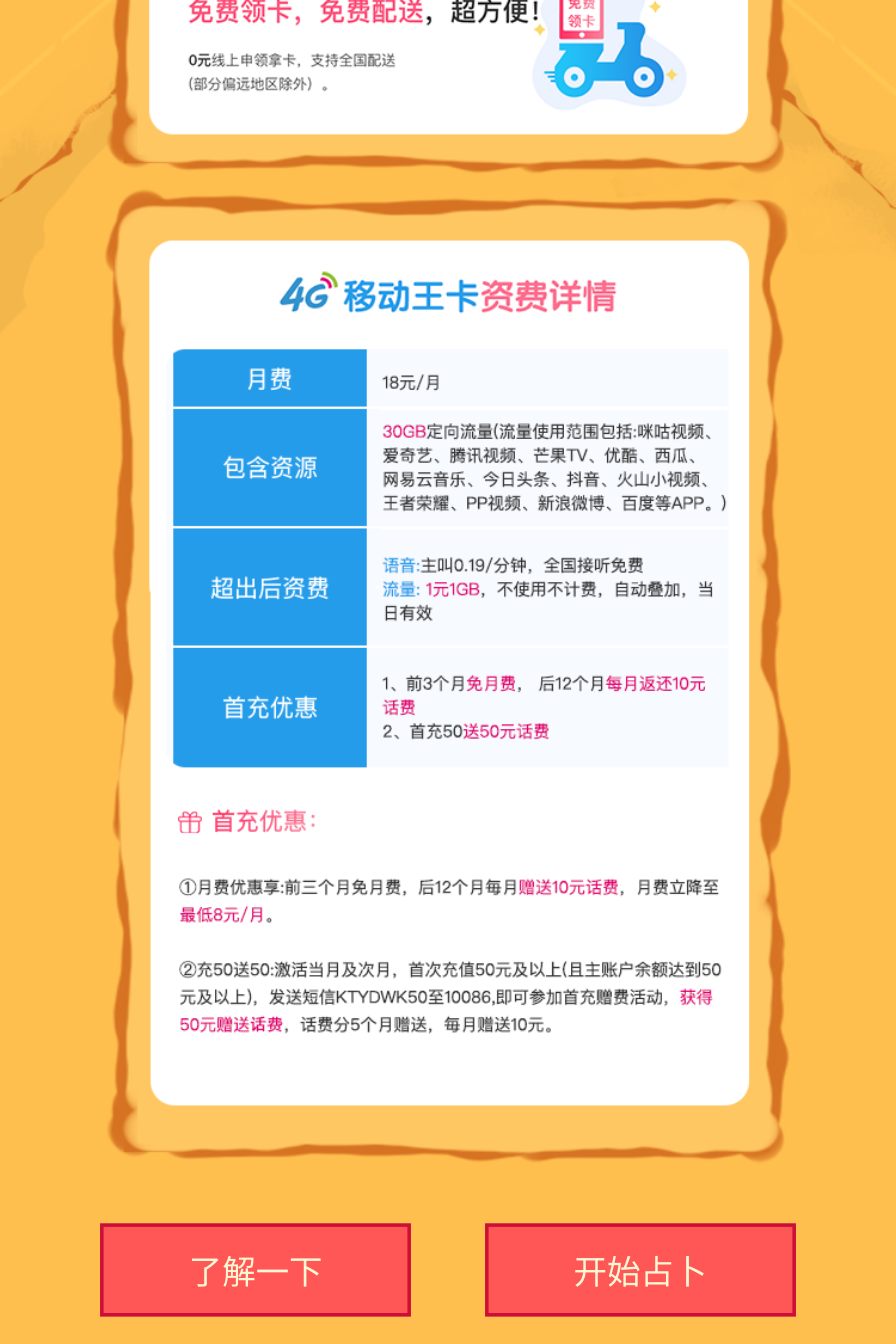
Repository: wangbiaozy/12.19
Page: lj.html
An editor plug-in stored every save of this project. The page is shown before and after the next save, followed by the edit.
The browser window is 1280 px wide. The pictures show the part of the page from y = 1474 to 3394 px (the page is 3487 px tall before and 2074 px after), at 70% of full size.

Above is the page before, as saved 2018-12-18 18:34:47.

### lj.html
<!DOCTYPE html>
<html lang="en">

<head>
    <meta charset="UTF-8">
    <meta name="viewport" content="width=device-width, initial-scale=1.0, maximum-scale=1.0, minimum-scale=1.0, user-scalable=no, viewport-fit=cover">
    <meta http-equiv="X-UA-Compatible" content="ie=edge">
    <title>Document</title>
    <link rel="stylesheet" href="css/reset.min.css">
    <link rel="stylesheet/less" href="css/lj.less">
    <script src="js/less-1.7.0.min.js"></script>
</head>
<body>
    <section class="wrap">
        <header></header>
        <main></main>
        <section></section>
        <footer>
            <a href="./wangka.html">了解一下</a>
            <a href="./index.html">开始占卜</a>
        </footer>
    </section>
</body>
</html>
<script src="js/jquery-1.10.1.min.js"></script>
<script src="js/index.js"></script>

### css/reset.min.css
@charset "utf-8";
/*默认样式清除和初始化*/
body,h1,h2,h3,h4,h5,h6,hr,p,blockquote,dl,dt,dd,ul,ol,li,button,input,textarea,th,td{margin:0;padding:0}body{font-size:12px;font-style:normal;font-family:"\5FAE\8F6F\96C5\9ED1",Helvetica,sans-serif}small{font-size:12px}h1{font-size:18px}h2{font-size:16px}h3{font-size:14px}h4,h5,h6{font-size:100%}ul,ol{list-style:none}a{text-decoration:none;background-color:transparent}a:hover,a:active{outline-width:0;text-decoration:none}table{border-collapse:collapse;border-spacing:0}hr{border:0;height:1px}img{border-style:none}img:not([src]){display:none}svg:not(:root){overflow:hidden}html{-webkit-touch-callout:none;-webkit-text-size-adjust:100%}input,textarea,button,a{-webkit-tap-highlight-color:rgba(0,0,0,0)}article,aside,details,figcaption,figure,footer,header,main,menu,nav,section,summary{display:block}audio,canvas,progress,video{display:inline-block}audio:not([controls]),video:not([controls]){display:none;height:0}progress{vertical-align:baseline}mark{background-color:#ff0;color:#000}sub,sup{position:relative;font-size:75%;line-height:0;vertical-align:baseline}sub{bottom:-0.25em}sup{top:-0.5em}button,input,select,textarea{font-size:100%;outline:0}button,input{overflow:visible}button,select{text-transform:none}textarea{overflow:auto}button,html [type="button"],[type="reset"],[type="submit"]{-webkit-appearance:button}button::-moz-focus-inner,[type="button"]::-moz-focus-inner,[type="reset"]::-moz-focus-inner,[type="submit"]::-moz-focus-inner{border-style:none;padding:0}button:-moz-focusring,[type="button"]:-moz-focusring,[type="reset"]:-moz-focusring,[type="submit"]:-moz-focusring{outline:1px dotted ButtonText}[type="checkbox"],[type="radio"]{box-sizing:border-box;padding:0}[type="number"]::-webkit-inner-spin-button,[type="number"]::-webkit-outer-spin-button{height:auto}[type="search"]{-webkit-appearance:textfield;outline-offset:-2px}[type="search"]::-webkit-search-cancel-button,[type="search"]::-webkit-search-decoration{-webkit-appearance:none}::-webkit-input-placeholder{color:inherit;opacity:.54}::-webkit-file-upload-button{-webkit-appearance:button;font:inherit}.clear:after{display:block;height:0;content:"";clear:both}
*{ -webkit-tap-highlight-color: rgba(0,0,0,0);-webkit-tap-highlight-color: transparent; /* For some Androids */ }

### js/index.js
(function (doc, win) {
    var docEl = doc.documentElement,
        resizeEvt = 'orientationchange' in window ? 'orientationchange' : 'resize',
        recalc = function () {
            var clientWidth = docEl.clientWidth;
            if (!clientWidth) return;
            docEl.style.fontSize = 100 * (clientWidth / 750) + 'px';
        };
    if (!doc.addEventListener) return;
    win.addEventListener(resizeEvt, recalc, false);
    doc.addEventListener('DOMContentLoaded', recalc, false);
})(document, window);
$(function () {


    //显示遮罩层
    function showMask(){
        $("#mask").css("height",$(document).height());
        $("#mask").css("width",$(document).width());
        $("#mask").show();
    }
    //隐藏遮罩层
    function hideMask(){
        $("#mask").hide();
    }
});

Loaded but not shown: js/less-1.7.0.min.js (library); js/jquery-1.10.1.min.js (library)

After the next save:
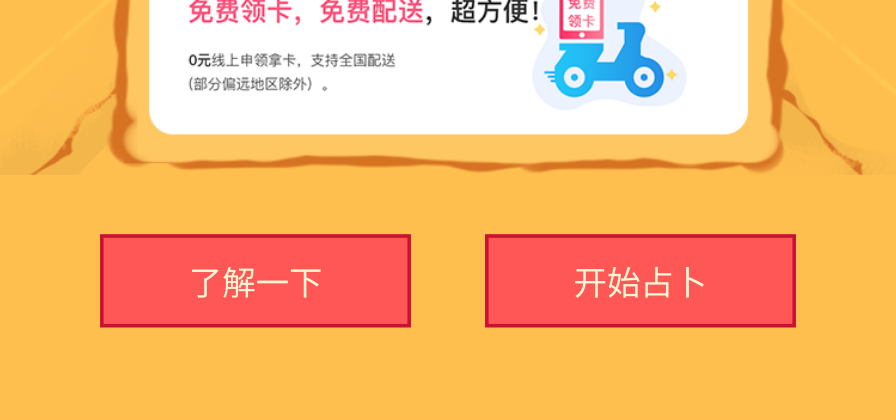
Saved 11 s later.
--- a/lj.html
+++ b/lj.html
@@ -14,7 +14,6 @@
     <section class="wrap">
         <header></header>
         <main></main>
-        <section></section>
         <footer>
             <a href="./wangka.html">了解一下</a>
             <a href="./index.html">开始占卜</a>
